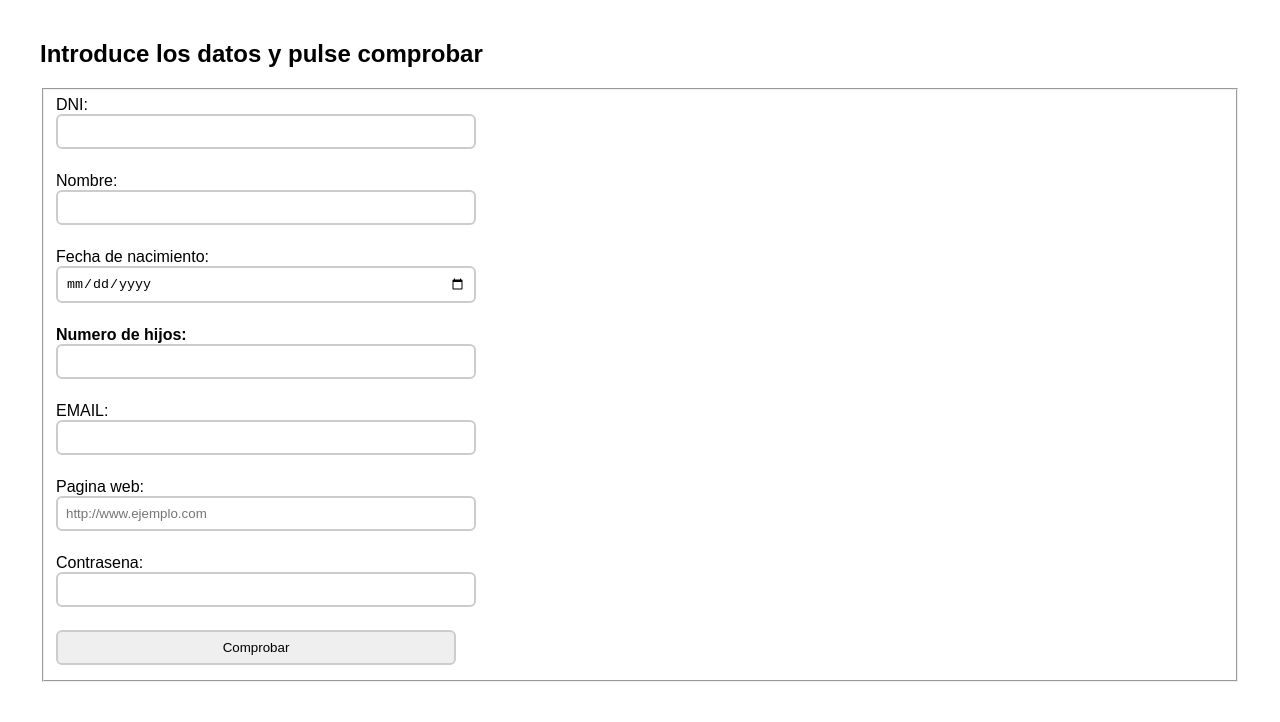
Repository: KoTvTrysaX01/2DAW-Desarrollo-WEB-en-Entorno-Cliente
Page: JAVASCRIPT/UD2/practica5/Actividad1/index.html
The author's editor kept a copy of each file at every save. The page is drawn from the files as they stood at one save, then again after the next save.
The browser window is 1280 px wide. The pictures show the whole page.

Above is the page before, as saved 2025-11-01 17:30:04.

### JAVASCRIPT/UD2/practica5/Actividad1/index.html
<!DOCTYPE html>
<html lang="es">
<head>
<meta charset="UTF-8">
  <title>Validación</title>
  <link rel="stylesheet" href="style.css">
  <body>
    <h2>Introduce los datos y pulse comprobar</h2>
    <fieldset>
    <form id = "registartionForm" name="form1" method="post" action="" target=" _blank">
        DNI:<input id="dni" type="text" name="dni" ><br>
        Nombre:<input id="nombre" type="text" name="nombre" ><br>
        Fecha de nacimiento: <input id="fecha" type="date" name="fecha" ><br>
         <label for="hijos">Numero de hijos:</label>
         <input type="number" name="hijos" id = "hijos" min = "0"><br>
        EMAIL: <input id = "email" type="text" name="email" ><br>
        Pagina web: <input type="url" name="web" id = "pagina" placeholder="http://www.ejemplo.com" required><br>
        Contrasena: <input type="text" name="contrasena" id = "password" ><br>
        <input type="submit" value = "Comprobar">
    </form>
    </fieldset>


    <div id="errorMessages"></div>
    <script src="script.js"></script>
  </body>
</html>

### JAVASCRIPT/UD2/practica5/Actividad1/style.css
 body {
    font-family: Arial, sans-serif;
    margin: 40px;
  }
  form {
    max-width: 400px;
  }
  label {
    font-weight: bold;
  }
  input {
    display: block;
    width: 100%;
    margin-bottom: 5px;
    padding: 8px;
    border: 2px solid #ccc;
    border-radius: 6px;
    transition: border-color 0.3s, box-shadow 0.3s;
  }

### JAVASCRIPT/UD2/practica5/Actividad1/script.js
let form = document.getElementById("registartionForm");
let emailInput = document.getElementById("email");
let error = document.getElementById("errorMessages");
let dni = document.getElementById("dni")
let passw = document.getElementById("password")
let web = document.getElementById("pagina")
let hijos = document.getElementById("hijos")
let nombreInput = document.getElementById("nombre")
let fecha = document.getElementById("fecha")
form.addEventListener("submit", (e) => {
  e.preventDefault();
  error.innerHTML = ""
  const emailForm = emailInput.value.trim();
  const password = passw.value.trim()
  function validEmail(emailForm) {
    return /^[^\s@]+@[^\s@]+\.[a-z]{2,}$/i.test(emailForm);

  }
    function esValido(emailForm) {
      if (validEmail(emailForm)) {
        error.innerHTML = "email  e valido<br>";
      } else {
        error.innerHTML = "email no es valido<br>";
      }
    }
    esValido(emailForm);

    function validarDni(dni) {

      return /^[XYZ]?\d{5,8}[TRWAGMYFPDXBNJZSQVHLCKET]$/.test(dni)
    }
    function esValidoDni() {
      const valor = dni.value.trim();
      if (validarDni(valor)) {
        error.innerHTML += "dni es valido<br>"
      } else {
        error.innerHTML += "dni no es valido<br>"
        dni.value = ""
      }
    }
    esValidoDni()

    function validWeb(url) {
          return /^https?:\/\/(?:www\.)?[a-zA-Z0-9\-]+\.[a-zA-Z]{2,}(?:\/.*)?$/.test(url);
        }
    function esValidoWeb() {
      const urlvalid = web.value.trim()
      if(validWeb(urlvalid)) {
        error.innerHTML +="web pagina esta valida<br>"
      } else {
        error.innerHTML += "web pagina no esta valida<br>"
        web.value = ""

      }
    }
    esValidoWeb()

     function validarContrasena(passwor) {
      var p = passwor.length
      if(p >=8 && p <=10) {
        error.innerHTML += "password es correcto<br>"
      } else {
         error.innerHTML += "password  no es correcto<br>"
         passw.value = ""
      }
     }
     validarContrasena(password)

     function validHijos(hijos) {
      const valorHijos = Number(hijos.value)
      if(isNaN(valorHijos) || valorHijos < 0 || valorHijos > 10) {
        error.innerHTML += "numero de hijos no esta correcto<br>"
         hijos.value = ""

      } else {
         error.innerHTML += "numero de hijos esta correcto<br>"

      }
     }
     validHijos(hijos)
    const nom = nombreInput.value.trim()
     function validNombre(nombres) {
      return /^[a-zA-ZáéíóúÁÉÍÓÚñÑ]{2,40}( [a-zA-ZáéíóúÁÉÍÓÚñÑ]{2,40}){1,3}$/.test(nombres)
     }
     function isvalidNombre(nombres){
      if(validNombre(nombres)) {
         error.innerHTML += "nombre esta correcto<br>"
      } else {
         error.innerHTML += "nombre no esta correcto<br>"
         nombreInput.value = ""
      }
      }
     isvalidNombre(nom)

     const fechaValor = fecha.value.trim();

     function validFecha(fecha) {
          return /^(19|20)\d{2}-(0[1-9]|1[0-2])-(0[1-9]|[12]\d|3[01])$/.test(fecha)
     }
     function esValidFecha(fecha) {
      if (validFecha(fecha)) {
         error.innerHTML += "fecha esta correcto<br>"
      } else {
         error.innerHTML += "fecha no esta correcto<br>"
         fecha.value= ""
      }
     }
     console.log(fechaValor)

     esValidFecha(fechaValor)


});

After the next save:
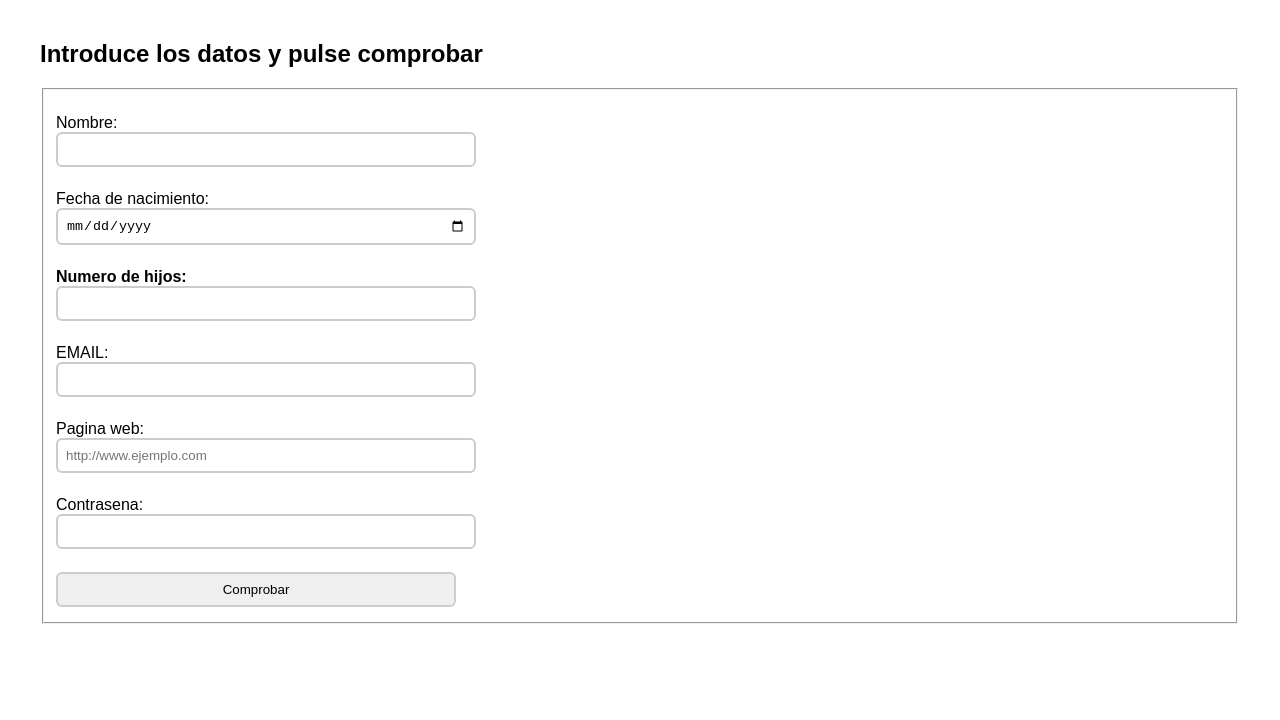
Saved 5 s later.
--- a/JAVASCRIPT/UD2/practica5/Actividad1/index.html
+++ b/JAVASCRIPT/UD2/practica5/Actividad1/index.html
@@ -8,7 +8,7 @@
     <h2>Introduce los datos y pulse comprobar</h2>
     <fieldset>
     <form id = "registartionForm" name="form1" method="post" action="" target=" _blank">
-        DNI:<input id="dni" type="text" name="dni" ><br>
+        <label<input id="dni" type="text" name="dni" ><br>
         Nombre:<input id="nombre" type="text" name="nombre" ><br>
         Fecha de nacimiento: <input id="fecha" type="date" name="fecha" ><br>
          <label for="hijos">Numero de hijos:</label>
